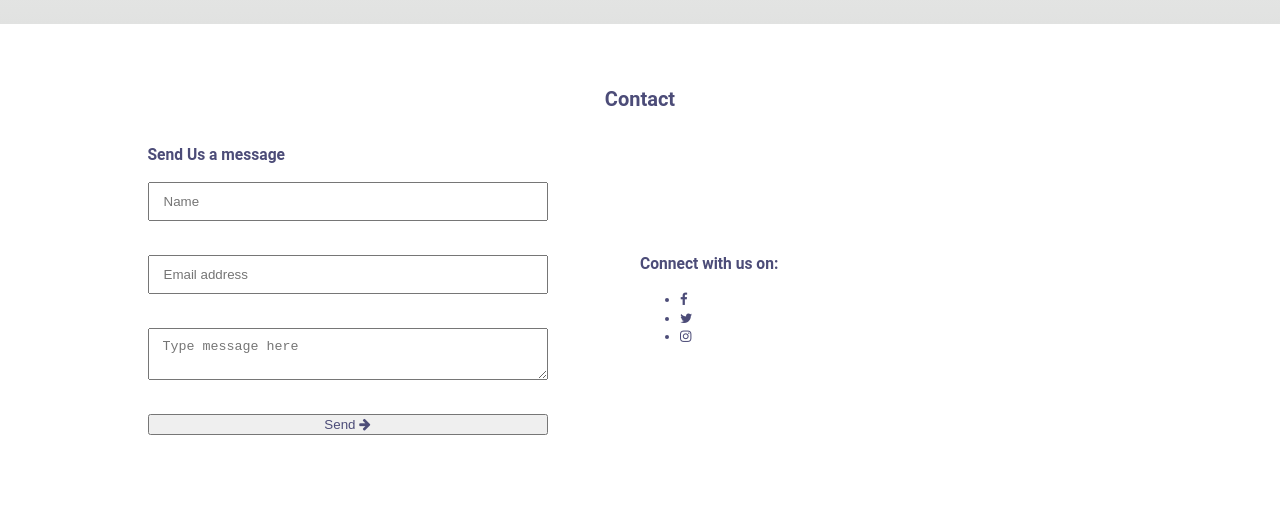
Repository: wisdomspine/emmatech-website
Page: index.html
The author's editor kept a copy of each file at every save. The page is drawn from the files as they stood at one save, then again after the next save.
The browser window is 1280 px wide. The pictures show the part of the page from y = 1532 to 2057 px (the page is 2045 px tall before and 2057 px after).
A picture or video elsewhere on the page could not be fetched, so the positions and the page height are approximate.

Above is the page before, as saved 2020-11-02 12:22:17.

### index.html
<!DOCTYPE html>
<html lang="en">

<head>
    <meta charset="UTF-8">
    <meta name="viewport" content="width=device-width, initial-scale=1.0 max-scale=1.0">
    <title>Emmatech ICT</title>
    <link rel="stylesheet" href="./assets/styles/styles.css">
    <link rel="stylesheet" href="./assets/styles/home-slide.css">
    <link rel="stylesheet" href="./assets/styles/index.css">
    <link rel="stylesheet" href="https://stackpath.bootstrapcdn.com/font-awesome/4.7.0/css/font-awesome.min.css">
</head>

<body>
    <header class="header">
        <div class="container">
            <img src="./assets/images/logo.png" alt="">
            <nav>
                <ul>
                    <li>
                        <a href="#">Contact Us</a>
                    </li>
                    <li>
                        <a href="#">About</a>
                    </li>
                    <li>
                        <a href="#">Services</a>
                    </li>
                    <li>
                        <a href="#">Portfolio</a>
                    </li>
                </ul>
            </nav>
        </div>
    </header>

    <section class="home-slide">
        <div>
            <div class="container">
                <article>
                    <header>
                        <h1>Emmatech-Tech</h1>
                        <h2>Ict Services at it's best</h2>
                    </header>
                    <p>
                        Lorem ipsum dolor, sit amet consectetur adipisicing elit. Doloremque, quo. Pariatur minima ipsam
                        animi tempora quisquam blanditiis, numquam odit asperiores. Recusandae ad eaque nam quasi
                        sapiente voluptates iure tenetur sit.

                    </p>
                </article>
                <img src="./assets/images/slide/slide1.svg" alt="">
            </div>
        </div>
        <div>
            <div class="container">
                <article>
                    <header>
                        <h1>Emmatech-Tech</h1>
                        <h2>Ict Services at it's peak</h2>
                    </header>
                    <p>
                        Lorem ipsum dolor, sit amet consectetur adipisicing elit. Doloremque, quo. Pariatur minima ipsam
                        animi tempora quisquam blanditiis, numquam odit asperiores. Recusandae ad eaque nam quasi
                        sapiente voluptates iure tenetur sit.

                    </p>
                </article>
                <div>
                    <img src="./assets/images/slide/slide2.svg" alt="">
                </div>
            </div>
        </div>
        <div>
            <div class="container">
                <article>
                    <header>
                        <h1>Emmatech-Tech</h1>
                        <h2>Ict Services at it's great</h2>
                    </header>
                    <p>
                        Lorem ipsum dolor, sit amet consectetur adipisicing elit. Doloremque, quo. Pariatur minima ipsam
                        animi tempora quisquam blanditiis, numquam odit asperiores. Recusandae ad eaque nam quasi
                        sapiente voluptates iure tenetur sit.

                    </p>
                </article>
                <div>
                    <img src="./assets/images/slide/slide3.svg" alt="">
                </div>
            </div>
        </div>
    </section>
    <section class="service-section">
        <div class="container">
            <h2 class="text-center">
                Services
            </h2>
            <div class="home-services">
                <figure>
                    <img src="./assets/images/systme-installation.png" alt="">
                    <figcaption>
                        System Installation and Maintenance
                    </figcaption>
                </figure>
                <figure>
                    <img src="./assets/images/systme-installation.png" alt="">
                    <figcaption>
                        System Installation and Maintenance
                    </figcaption>
                </figure>
                <figure>
                    <img src="./assets/images/systme-installation.png" alt="">
                    <figcaption>
                        System Installation and Maintenance
                    </figcaption>
                </figure>
            </div>

            <a href="#" class="button outline accent readmore">
                Readmore
            </a>
        </div>
    </section>
    <section class="home-portfolio">
        <div class="container">
            <header>
                <h2 class="text-center">
                    Portfolio
                </h2>
                <p class="text-center">
                    Take a glimpse of our solutions
                </p>
            </header>
            <div class="content">
                <figure>
                    <img src="https://images.unsplash.com/photo-1557597774-9d273605dfa9?ixlib=rb-1.2.1&ixid=eyJhcHBfaWQiOjEyMDd9&auto=format&fit=crop&w=500&q=80&h=500"
                        alt="">
                    <figcaption>
                        <h3>Installation of CCTV cameras in TA'AL E-Library</h3>
                        <a href="#" class="button filled accent">View Case</a>
                    </figcaption>
                </figure>
                <figure>
                    <img src="https://images.unsplash.com/photo-1557597774-9d273605dfa9?ixlib=rb-1.2.1&ixid=eyJhcHBfaWQiOjEyMDd9&auto=format&fit=crop&w=500&q=80&h=500"
                        alt="">
                    <figcaption>
                        <h3>Installation of CCTV cameras in TA'AL E-Library</h3>
                        <a href="#" class="button filled accent">View Case</a>
                    </figcaption>
                </figure>
                <figure>
                    <img src="https://images.unsplash.com/photo-1557597774-9d273605dfa9?ixlib=rb-1.2.1&ixid=eyJhcHBfaWQiOjEyMDd9&auto=format&fit=crop&w=500&q=80&h=500"
                        alt="">
                    <figcaption>
                        <h3>Installation of CCTV cameras in TA'AL E-Library</h3>
                        <a href="#" class="button filled accent">View Case</a>
                    </figcaption>
                </figure>
                <figure>
                    <img src="https://images.unsplash.com/photo-1557597774-9d273605dfa9?ixlib=rb-1.2.1&ixid=eyJhcHBfaWQiOjEyMDd9&auto=format&fit=crop&w=500&q=80&h=500"
                        alt="">
                    <figcaption>
                        <h3>Installation of CCTV cameras in TA'AL E-Library</h3>
                        <a href="#" class="button filled accent">View Case</a>
                    </figcaption>
                </figure>
            </div>
        </div>
    </section>
    <section class="home-contact">
        <div class="container">
            <h2 class="text-center">
                Contact
            </h2>
            <div class="home-contact-content">
                <div>
                    <div>
                        <h3>Send Us a message</h3>
                        <form action="#" method="POST">
                            <div>
                                <input type="text" placeholder="Name" required>
                            </div>
                            <div>
                                <input type="email" name="" id="" placeholder="Email address" required>
                            </div>
                            <div>
                                <textarea required placeholder="Type message here"></textarea>
                            </div>
                            <div>
                                <button type="submit">Send <span class="fa fa-arrow-right"></span></button>
                            </div>
                        </form>
                    </div>
                </div>
                <div>
                    <h3>Connect with us on:</h3>
                    <ul>
                        <li>
                            <a href="#"><span class="fa fa-facebook"></span></a>
                        </li>
                        <li>
                            <a href="#"><span class="fa fa-twitter"></span></a>
                        </li>
                        <li>
                            <a href="#"><span class="fa fa-instagram"></span></a>
                        </li>
                    </ul>
                </div>
            </div>
        </div>
    </section>
</body>
<script>
    const divs = document.querySelectorAll(".home-slide > div");
    let current = 0;
    divs.forEach(e => {
        e.style.display = "none";
    })
    divs[(current++) % divs.length].style.display = "block";
    setInterval(function () {
        divs.forEach(e => {
            e.style.display = "none";
        })
        divs[(current++) % divs.length].style.display = "block";
    }, 10000)
</script>

</html>

### assets/styles/styles.css
@import "./preset.css";
@import "./page-header.css";

.container {
  max-width: 1170px;
  margin-left: auto;
  margin-right: auto;
}

.text-center{
  text-align: center;
}

.button{
  font-size: 14px;
  line-height: 21px;
  padding: 10px  14px;
  border-radius: 100px;
}

.button.filled.accent{
  background-color: var(--accent-color);
  color: white;
}

.button.outline.accent{
  border-color: var(--accent-color);
  border-width: 1px;
  border-style: solid;
  color: var(--accent-color);
}

### assets/styles/home-slide.css
@import "./variables.css";

@keyframes slide-article {
  0% {
    opacity: 0;
    position: relative;
    top: -90px;
    left: -150px;
  }

  5.5% {
    opacity: 1;
    position: relative;
    top: 0px;
    left: 0px;
  }

  90.8% {
    opacity: 1;
    position: relative;
    top: 0px;
    left: 0px;
  }

  100% {
    opacity: 0;
    position: relative;
    top: 90px;
    left: -150px;
  }
}

@keyframes slide-img {
  0% {
    opacity: 0;
    position: relative;
    top: 350px;
  }

  5.5% {
    opacity: 1;
    position: relative;
    top: 0px;
  }

  90.8% {
    opacity: 1;
    position: relative;
    top: 0px;
  }

  100% {
    opacity: 0;
    position: relative;
    top: 350px;
  }
}


.home-slide {
  height: calc(100vh - var(--header-height));
  overflow: hidden;
  background: url("../images/Confetti-Doodles.svg");
  background-size: contain;
}

.home-slide>div {
  height: 100%;
}

.home-slide>div .container {
  height: 100%;
}

.home-slide .container {
  display: flex;
  flex-flow: row nowrap;
  align-items: center;
  justify-content: space-between;
}

.home-slide .container img {
  max-width: 500px;
  animation-name: slide-img;
  animation-duration: var(--slide-animation-duration);
}

.home-slide .container article {
  max-width: 500px;
  align-self: flex-start;
  margin-top: 70px;
}

.home-slide .container article h1 {
  font-size: 24px;
  margin-bottom: 0px;
}

.home-slide .container article h2 {
  margin-top: 0px;
  opacity: 0.6;
  font-weight: 400;
  font-size: 17px;
  color: var(--accent-link-color);
}

.home-slide .container article {}

.home-slide .container article:not(:hover) {
  animation-name: slide-article;
  animation-duration: var(--slide-animation-duration);
}

.home-slide .container article p {
  font-size: 17px;
  font-weight: lighter;
  line-height: 26px;
}

### assets/styles/index.css
@import "./variables.css";

.service-section{
    background-color:white;
    padding-top: 84px;
    padding-bottom: 134px;
}

.home-services{
    display: flex;
    flex-flow: row nowrap;
    justify-content: space-between;
    align-items: flex-start;
    margin-top: 30px;;
}

.home-services figure{
    display: flex;
    flex-flow: column nowrap;
    align-items: center;
}

.home-services figure figcaption{
    font-size: 18px;
    line-height: 27px;
}

.service-section .readmore{
    float: right;
    margin-top: 24px;
}

.home-portfolio .content{
    display: flex;
    flex-direction: row;
    flex-wrap: nowrap;
    justify-content: space-between;
    overflow-x: hidden;
    height: 250px;
    margin-left: -20px;
}
.home-portfolio .content figure{
    height: 100%;
    position: relative;
    margin: 0px;
    margin-left: 30px;
    border-radius: 300px;
    overflow: hidden;

}

.home-portfolio .content figure img{
    max-height: 100%;
    border-radius: inherit;
}

.home-portfolio {
    padding-top: 18px;
    padding-bottom: 44px;
    background: linear-gradient(to bottom, white, var(--bg-color));
}

.home-portfolio header>p{
    margin-bottom: 34px;
}

.home-portfolio .content figure figcaption{
    height: 100%;
    position: absolute;
    top: 0;
    display: flex;
    flex-flow: column;
    flex-wrap: nowrap;
    justify-content: center;
    padding: 14px;
    backdrop-filter: brightness(40%);
    align-items: center;
    border-radius: inherit;
    transition: all  1s;


}

.home-portfolio .content figure:not(:hover)  figcaption{
    opacity: 0;
}

.home-portfolio .content figure figcaption h3{
    color: #ffffff;
    text-align: center;
    line-height: 1.8;
}

.home-contact{
    background-color: #ffffff;
    padding: 44px 0px;
}

.home-contact .home-contact-content{
    display: flex;
    flex-flow: row nowrap;
    justify-content: space-around;
    align-items: center;
}
.home-contact .home-contact-content>div{
    width: 50%;
}

.home-contact .home-contact-content>div:first-child{
    display: flex;
    flex-flow: column nowrap;
    align-items: center;

}

.home-contact .home-contact-content>div:first-child>div{
    max-width: 500px;
    min-width: 400px;
}

.home-contact .home-contact-content>div:first-child form{
    display: flex;
    flex-flow: column nowrap;
    align-items: stretch;
}

.home-contact .home-contact-content>div:first-child form div{
    display: flex;
    flex-flow: column nowrap;
    align-items: stretch;
}

.home-contact .home-contact-content>div:first-child form div{
    margin-bottom: 34px;
}

input, textarea{
    padding: 10px 14px;
}

### assets/styles/preset.css
/* @font-face {
  font-family: "Roboto";
  src: "../fonts/Roboto /Roboto-Regular.ttf";
} */
@import "./variables.css";

* {
  box-sizing: border-box;
  text-rendering: optimizeLegibility;
  -webkit-font-smoothing: antialiased;
  -moz-osx-font-smoothing: grayscale;
  font-kerning: auto;
  color: var(--text-color);
}

html {
  font-size: 10pt;
  line-height: 1.4;
  font-weight: 400;
  font-family: "Roboto";
  -webkit-text-size-adjust: 100%;
}

body {
  margin: 0;
  background-color: var(--bg-color);
}

a,
a:hover,
a:active,
a:focus {
  text-decoration: none;
}

### assets/styles/page-header.css
@import "./variables.css";
.header {
  display: flex;
  flex-flow: row nowrap;
  justify-content: space-between;
  padding: var(--padding-large);
  height: var(--header-height);
  overflow: hidden;
  background-color: var(--card-color);
}

.header .container {
  display: flex;
  flex-flow: row nowrap;
  justify-content: space-between;
}

.header img {
  display: inline-block;
  height: 100%;
}

.header nav ul {
  list-style: none;
  display: flex;
  flex-flow: row nowrap;
  padding: 0;
  margin: 0;
}

.header nav ul li {
  padding: var(--padding-mid);
}

.header nav ul a {
  color: var(--accent-link-color);
}
.header nav ul a:hover {
  opacity: 0.9;
}

### assets/styles/variables.css
:root {
  --bg-color: #e1e2e1;
  --padding-large: 24px;
  --padding-mid: 18px;
  --header-height: 100px;
  --card-color: #ffffff;
  --accent-link-color: #ed459c;
  --accent-color: #ed459c;

  --text-color: #4C4C78;
  --slide-animation-duration: 10s;
}

Loaded but not shown: assets/images/slide/slide1.svg (1 lines, source omitted)

After the next save:
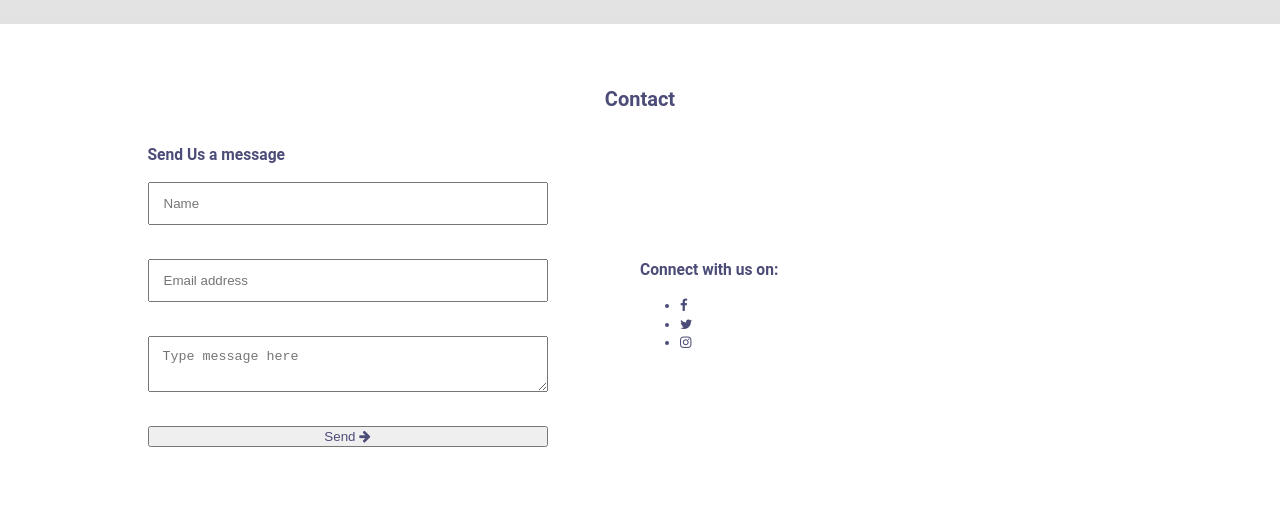
Saved 39 s later.
--- a/assets/styles/index.css
+++ b/assets/styles/index.css
@@ -135,5 +135,5 @@
 }
 
 input, textarea{
-    padding: 10px 14px;
+    padding: 12px 14px;
 }
